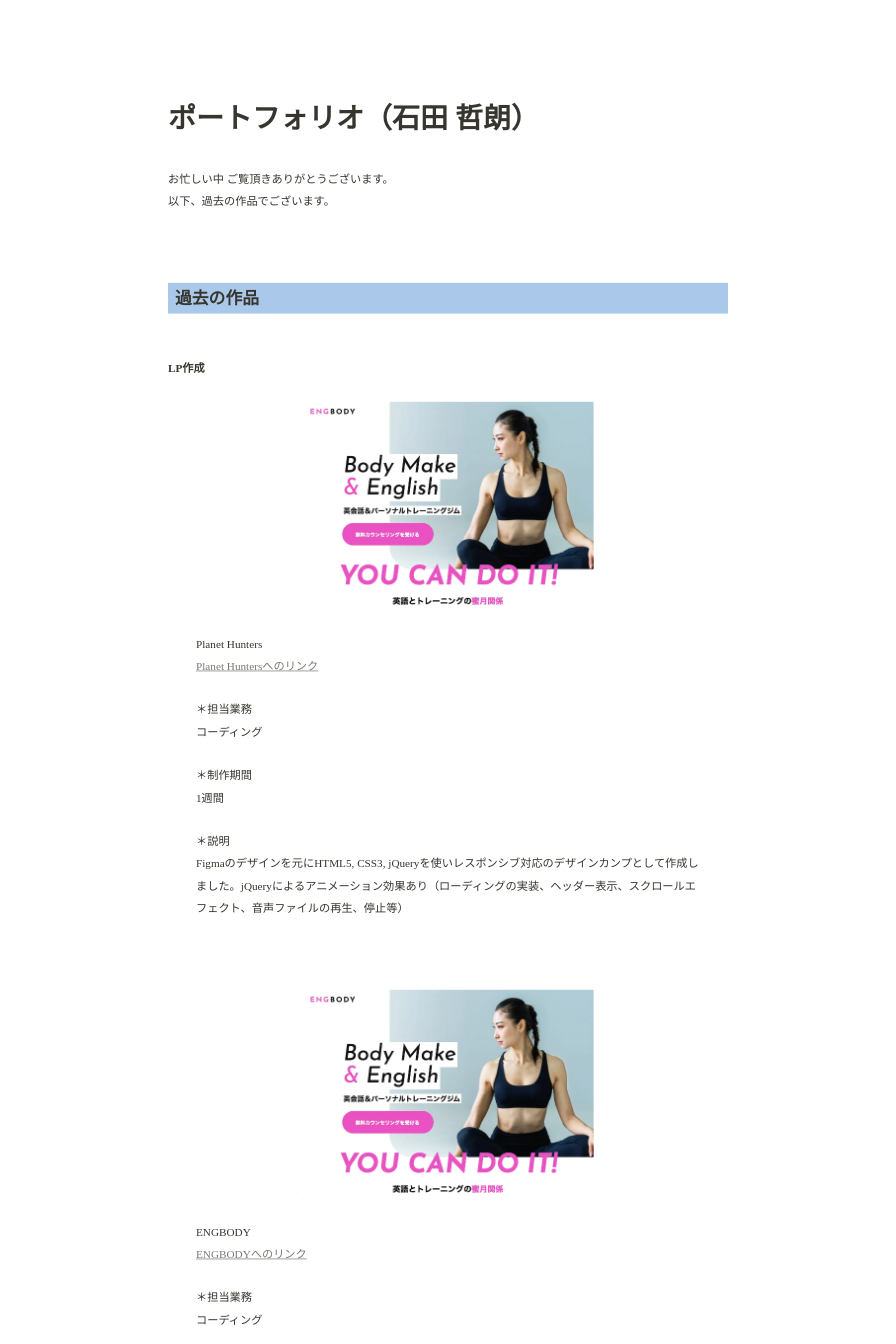
Repository: tetishi/my-portfolio
Page: index.html
These files come from the project's save history. The page is drawn as it stood at one moment and after the next save; the edit follows.
The browser window is 1280 px wide. The pictures show the part of the page from y = 0 to 1920 px (the page is 7357 px tall), at 70% of full size.
The style sheet was rebuilt from its Sass, Less or Tailwind sources for each picture, by a compiler version that may differ from the author's.

Above is the page before, as saved 2023-09-01 13:48:45.

### index.html
<!DOCTYPE html>
<html lang="ja">

<head>
    <meta name="robots" content="noindex">
    <meta charset="UTF-8">
    <meta name="viewport" content="width=device-width, initial-scale=1.0">
    <meta http-equiv="X-UA-Compatible" content="ie=edge">
    <meta property="og:title" content="石田哲朗のポートフォリオ" />
    <meta property="og:type" content="website" />
    <meta property="og:url" content="#" />
    <meta property="og:image" content="#" />
    <meta property="og:site_name" content="ポートフォリオ" />
    <meta property="og:description" content="石田哲朗のポートフォリオです。過去の作品、スキル、使用ツール、自己紹介を掲載しております。" />
    <title>石田哲朗のポートフォリオ</title>
    <link rel="stylesheet" href="reset.css">
    <link rel="stylesheet" href="style.css">
    <link rel="icon" href="img/favicon.ico">
</head>

<body>
    <header>

    </header>

    <main>

        <section>
            <!-- ここ記入 -->
            <h1>ポートフォリオ<br class="d-none">（石田 哲朗）</h1>
            <p>お忙しい中 ご覧頂きありがとうございます。</p>
            <p>以下、過去の作品でございます。</p>
            <!-- ここ記入 -->
            <!-- <p>ベーシック認証がかかっているものは<br>ID aaa<br>パスワード aaa<br> です。</p> -->
        </section>
        <section>

            <h2>過去の作品</h2>
            <h3 class="sub-tit">LP作成</h3>

            <!-- １作品目 -->
            <div class="work">
                <!-- サイトのイメージ写真を入れます -->
                <picture>
                    <source srcset="img/engbody.webp" type="image/webp">
                    <img src="img/planet-hunters.jpg">
                </picture>
                <!-- ここ記入 -->
                <p class="work_tit">Planet Hunters</p>
                <!-- ここ記入 -->
                <p class="work_link"><a target="_blank" rel="noopener noreferrer" href="https://tetishi.github.io/planet-hunters/">Planet Huntersへのリンク</a></p>
                <p class="details">＊担当業務</p>
                <p>コーディング</p>
                <p class="details">＊制作期間</p>
                <!-- ここ記入 -->
                <p>1週間</p>
                <p class="details">＊説明</p>
                <!-- ここ記入 -->
                <p>Figmaのデザインを元にHTML5, CSS3, jQueryを使いレスポンシブ対応のデザインカンプとして作成しました。jQueryによるアニメーション効果あり（ローディングの実装、ヘッダー表示、スクロールエフェクト、音声ファイルの再生、停止等）</p>
            </div>

            <!-- 2作品目 -->
            <div class="work">
                <!-- サイトのイメージ写真を入れます -->
                <picture>
                    <source srcset="img/engbody.webp" type="image/webp">
                    <img src="img/engbody.png">
                </picture>
                <!-- ここ記入 -->
                <p class="work_tit">ENGBODY</p>
                <!-- ここ記入 -->
                <p class="work_link"><a target="_blank" rel="noopener noreferrer" href="https://tetishi.github.io/engbody/">ENGBODYへのリンク</a></p>
                <p class="details">＊担当業務</p>
                <p>コーディング</p>
                <p class="details">＊制作期間</p>
                <!-- ここ記入 -->
                <p>2週間</p>
                <p class="details">＊説明</p>
                <!-- ここ記入 -->
                <p>XDのデザインを元にHTML5, CSS3, jQueryを使いレスポンシブ対応のデザインカンプとして作成しました。jQueryによるアニメーション効果あり（ヘッダー表示、背景色のアニメーション、スクロールエフェクト、タブ、スライダー、アコーディオン、ページ内横スクロール等）モバイルファーストによるコーディングを実施しました。</p>
            </div>

            <!-- 　3作品目 -->
            <div class="work">
                <!-- サイトのイメージ写真を入れます -->
                <picture>
                    <source srcset="img/cresta-design.webp" type="image/webp">
                    <img src="img/cresta-design.png">
                </picture>
                <!-- ここ記入 -->
                <p class="work_tit">Cresta Design</p>
                <!-- ここ記入 -->
                <p class="work_link"><a target="_blank" rel="noopener noreferrer" href="https://tetishi.github.io/cresta-design/">Cresta Designへのリンク</a></p>
                <p class="details">＊担当業務</p>
                <p>コーディング</p>
                <p class="details">＊制作期間</p>
                <!-- ここ記入 -->
                <p>2週間</p>
                <p class="details">＊説明</p>
                <!-- ここ記入 -->
                <p>XDのデザインを元にHTML5, CSS3, jQueryを使いレスポンシブ対応のデザインカンプとして作成しました。jQueryによるアニメーション効果あり（ハンバーガーメニュー、ページ内スクロールボタン）</p>
            </div>

            <!-- 　4作品目 -->
            <div class="work">
                <!-- サイトのイメージ写真を入れます -->
                <picture>
                    <source srcset="img/wdc.webp" type="image/webp">
                    <img src="img/wdc.png">
                </picture>
                <!-- ここ記入 -->
                <p class="work_tit">WDC</p>
                <!-- ここ記入 -->
                <p class="work_link"><a target="_blank" rel="noopener noreferrer" href="https://tetishi.github.io/wdc/">WDCへのリンク</a></p>
                <p class="details">＊担当業務</p>
                <p>コーディング</p>
                <p class="details">＊制作期間</p>
                <!-- ここ記入 -->
                <p>2週間</p>
                <p class="details">＊説明</p>
                <!-- ここ記入 -->
                <p>XDのデザインを元にHTML5, CSS3, jQueryを使いレスポンシブ対応のデザインカンプとして作成しました。jQueryによるアニメーション効果あり（ページ内スクロールボタン、トップに戻るボタン）</p>
            </div>

            <!-- 　5作品目 -->
            <div class="work">
                <!-- サイトのイメージ写真を入れます -->
                <picture>
                    <source srcset="img/start.webp" type="image/webp">
                    <img src="img/start.png">
                </picture>
                <!-- ここ記入 -->
                <p class="work_tit">START</p>
                <!-- ここ記入 -->
                <p class="work_link"><a target="_blank" rel="noopener noreferrer" href="https://tetishi.github.io/">STARTへのリンク</a></p>
                <p class="details">＊担当業務</p>
                <p>コーディング</p>
                <p class="details">＊制作期間</p>
                <!-- ここ記入 -->
                <p>1週間</p>
                <p class="details">＊説明</p>
                <!-- ここ記入 -->
                <p>XDのデザインを元にHTML5, CSS3, jQueryを使いレスポンシブ対応のデザインカンプとして作成しました。jQueryによるアニメーション効果あり（ハンバーガーメニュー）</p>
            </div>

            <!-- 　6作品目 -->
            <div class="work">
                <!-- サイトのイメージ写真を入れます -->
                <picture>
                    <source srcset="img/munchkin.webp" type="image/webp">
                    <img src="img/munchkin.png">
                </picture>
                <!-- ここ記入 -->
                <p class="work_tit">MUNCHKIN</p>
                <!-- ここ記入 -->
                <p class="work_link"><a target="_blank" rel="noopener noreferrer" href="https://tetishi.github.io/munchkin2/">MUNCHKINへのリンク</a></p>
                <p class="details">＊担当業務</p>
                <p>コーディング</p>
                <p class="details">＊制作期間</p>
                <!-- ここ記入 -->
                <p>1週間</p>
                <p class="details">＊説明</p>
                <!-- ここ記入 -->
                <p>XDのデザインを元にHTML5, CSS3, jQueryを使いレスポンシブ対応のデザインカンプとして作成しました。jQueryによるアニメーション効果あり（ハンバーガーメニュー、スクロールボタン）</p>
            </div>


            <!-- <h3 class="sub-tit">コーポレイトサイト作成</h3> -->
            <!-- <div class="work"> -->
                <!-- サイトのイメージ写真を入れます -->
                <!-- <picture>
                    <source srcset="img/#" type="image/webp">
                    <img src="img/#">
                </picture> -->
                <!-- ここ記入 -->
                <!-- <p class="work_tit">ここに作品のタイトルを入れます</p> -->
                <!-- ここ記入 -->
                <!-- <p class="work_link"><a target="_blank" rel="noopener noreferrer" href="#">ここにリンクを入れます</a></p>
                <p class="details">＊担当業務</p>
                <p>コーディング</p>
                <p class="details">＊制作期間</p> -->
                <!-- ここ記入 -->
                <!-- <p>○週間</p>
                <p class="details">＊説明</p> -->
                <!-- ここ記入 -->
                <!-- <p>ここに説明文を入れます</p>
            </div> -->


        </section>
        <section>
            <h2>スキル</h2>
            <h3 class="info-tit">使用言語</h3>
            <p>HTML / CSS / Sass / Javascript / SEO </p>
            <h3 class="info-tit">フレイムワーク</h3>
            <p>jQuery / WordPress</p>
        </section>
        <section>
            <h2>使用ツール</h2>
            <h3 class="info-tit">エディター</h3>
            <p>Visual Studio Code</p>
            <h3 class="info-tit">テストサーバー</h3>
            <p>エックスフリー</p>
            <h3 class="info-tit">バージョン管理ツール</h3>
            <p>GitHub</p>
            <h3 class="info-tit">連絡ツール</h3>
            <p>slack / Chatwork</p>
        </section>
        <section>
            <h2>私について</h2>
            <!-- 自分の写真を入れます -->
            <img class="people" src="img/myself.jpeg">
            <h3 class="info-tit">名前</h3>
            <!-- ここ記入 -->
            <p>石田 哲朗</p>
            <h3 class="info-tit">生年月日</h3>
            <!-- ここ記入 -->
            <p>1992年11月12日</p>
            <h3 class="info-tit">出身</h3>
            <!-- ここ記入 -->
            <p>奈良県</p>
            <h3 class="info-tit">経歴</h3>
            <!-- ここ記入 -->
            <ul class="carrier-list">
                <li class="carrier-item">
                    <p class="carrier-year">2015</p>
                    <p class="carrier-content">大阪の大学を経済学部で卒業</p>
                </li>
                <li class="carrier-item">
                    <p class="carrier-year">2015 - 2017</p>
                    <p class="carrier-content">アメリカ、ロサンゼルスの語学学校で英語を学ぶ</p>
                </li>
                <li class="carrier-item">
                    <p class="carrier-year">2017 - 2019</p>
                    <p class="carrier-content">カリフォルニア州オークランドにあるLaney Collegeにてコンピュータプログラミング専攻し卒業</p>
                </li>
                <li class="carrier-item">
                    <p class="carrier-year">2019</p>
                    <p class="carrier-content">フリーランスのWebエンジニアとして活動</p>
                </li>
                <li class="carrier-item">
                    <p class="carrier-year">2019 - 2020</p>
                    <p class="carrier-content">プログラミングスクールにてRuby on Ralisなどを学び実際に業務としてWeb開発を実施</p>
                </li>
                <li class="carrier-item">
                    <p class="carrier-year">2021 ~ 2023</p>
                    <p class="carrier-content">ネットワークエンジニアとして勤務</p>
                </li>
                <li class="carrier-item">
                    <p class="carrier-year">2022 ~ 現在</p>
                    <p class="carrier-content">フリーランスのWebエンジニアとして活動中</p>
                </li>
            </ul>
        </section>



    </main>

    <footer>

    </footer>

</body>

</html>

### reset.css
/*
html5doctor.com Reset Stylesheet
v1.6.1
Last Updated: 2010-09-17
Author: Richard Clark - http://richclarkdesign.com
Twitter: @rich_clark
*/

html,
body,
div,
span,
object,
iframe,
h1,
h2,
h3,
h4,
h5,
h6,
p,
blockquote,
pre,
abbr,
address,
cite,
code,
del,
dfn,
em,
img,
ins,
kbd,
q,
samp,
small,
strong,
sub,
sup,
var,
b,
i,
dl,
dt,
dd,
ol,
ul,
li,
fieldset,
form,
label,
legend,
table,
caption,
tbody,
tfoot,
thead,
tr,
th,
td,
article,
aside,
canvas,
details,
figcaption,
figure,
footer,
header,
hgroup,
menu,
nav,
section,
summary,
time,
mark,
audio,
video {
    margin: 0;
    padding: 0;
    border: 0;
    outline: 0;
    font-size: 100%;
    vertical-align: baseline;
    background: transparent;
}

body {
    line-height: 1;
}

article,
aside,
details,
figcaption,
figure,
footer,
header,
hgroup,
menu,
nav,
section {
    display: block;
}

nav ul {
    list-style: none;
}

blockquote,
q {
    quotes: none;
}

blockquote:before,
blockquote:after,
q:before,
q:after {
    content: '';
    content: none;
}

a {
    margin: 0;
    padding: 0;
    font-size: 100%;
    vertical-align: baseline;
    background: transparent;
}


/* change colours to suit your needs */

ins {
    background-color: #ff9;
    color: #000;
    text-decoration: none;
}


/* change colours to suit your needs */

mark {
    background-color: #ff9;
    color: #000;
    font-style: italic;
    font-weight: bold;
}

del {
    text-decoration: line-through;
}

abbr[title],
dfn[title] {
    border-bottom: 1px dotted;
    cursor: help;
}

table {
    border-collapse: collapse;
    border-spacing: 0;
}


/* change border colour to suit your needs */

hr {
    display: block;
    height: 1px;
    border: 0;
    border-top: 1px solid #cccccc;
    margin: 1em 0;
    padding: 0;
}

input,
select {
    vertical-align: middle;
}


/*end reset css*/

### style.scss
$main-color: #AAC8E9;
img {
    width: 100%;
}

h1,
h2,
h3,
p {
    color: #37352F;
}

a {
    color: #7A7975;
}

h1 {
    font-size: 2.5rem;
    margin-bottom: 50px;
}

h2 {
    background-color: $main-color;
    font-size: 1.5rem;
    padding: 10px;
    margin-top: 100px;
}

p {
    line-height: 2;
}

.d-flex {
    display: flex;
}

.d-none {
    display: none;
}

.d-block {
    display: block;
}

header {
    height: 50px;
    width: 100%;
    position: fixed;
    top: 0;
    background-color: #ffffff;
    margin-bottom: 50px;
    display: flex;
    align-items: center;
    .logo {
        width: 150px;
    }
}

.header-inner {
    width: 90%;
    margin: 0 auto;
}

main {
    max-width: 800px;
    width: 80%;
    margin: 150px auto;
}

.sub-tit {
    margin-top: 70px;
    margin-bottom: -60px;
}

.info-tit {
    margin: 30px 0 10px 0;
}

.work {
    width: 90%;
    margin: 0 auto;
    margin-top: 100px;
    img {
        max-height: 300px;
        object-fit: contain;
        margin: 0 auto;
        margin-bottom: 30px;
        display: block;
    }
    .d-flex img {
        max-width: 450px;
        width: 70%;
    }
}

.details {
    margin-top: 30px;
}

.people {
    height: 200px;
    width: 20%;
    object-fit: cover;
    margin-top: 50px;
}

.carrier-item {
    display: flex;
    .carrier-year {
        white-space: nowrap;
        width: 20%;
    }
    .carrier-content {
        width: 80%;
    }
}

@media all and (max-width:650px) {
    main {
        width: 90%;
        margin: 100px auto;
    }
    .d-flex {
        display: block;
    }
    .d-none {
        display: block;
    }
    .d-block {
        display: none !important;
    }
    h1 {
        font-size: 2rem;
    }
    .people {
        display: block;
        width: 50%;
        margin: 0 auto;
        margin-top: 30px;
    }
    .carrier-item {
        display: block;
        padding: 10px 0;
        &:first-of-type {
            padding: 0 0 10px;
        }
        .carrier-year {
            width: 100%;
        }
        .carrier-content {
            width: 100%;
        }
    }
}

After the next save:
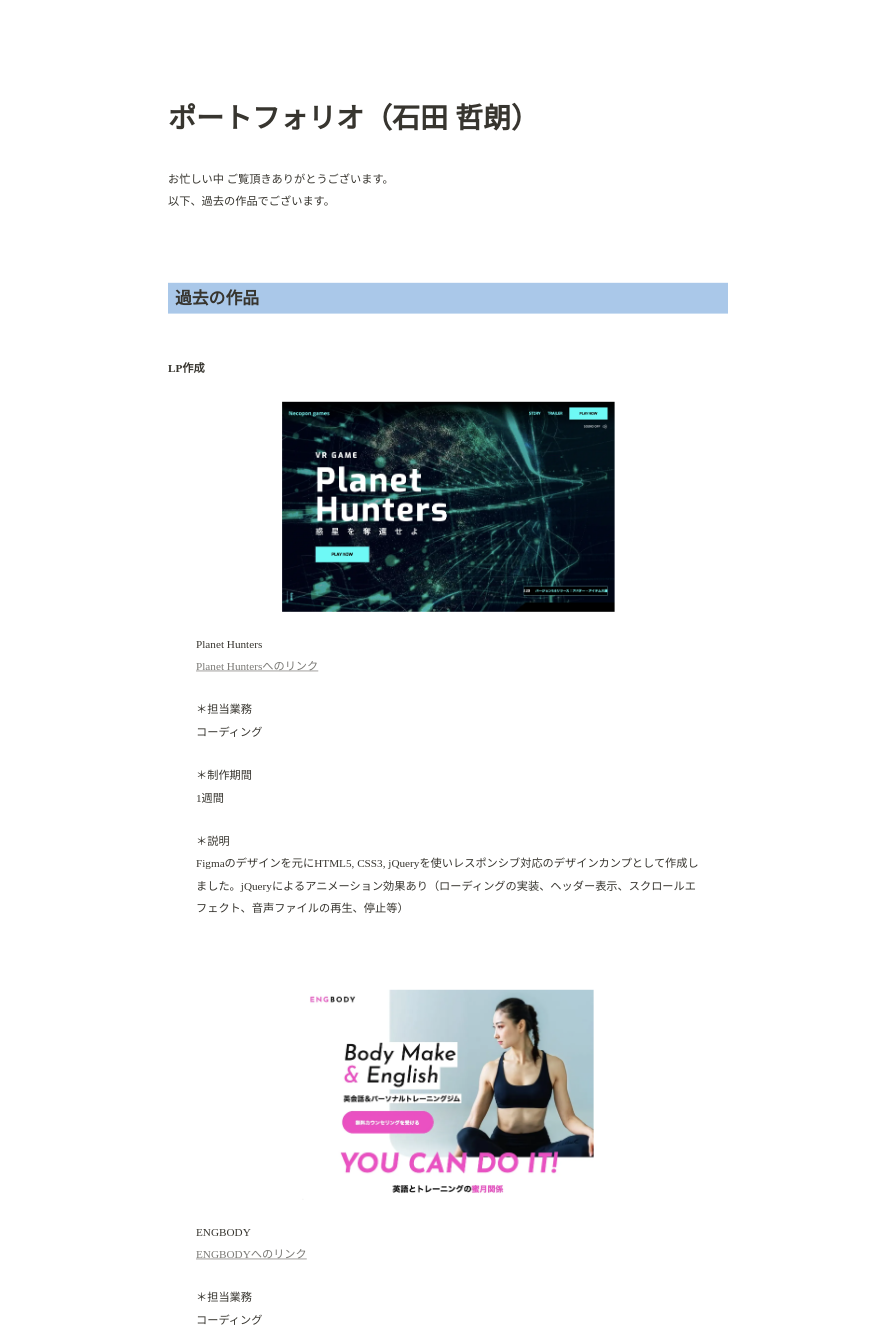
Saved 6 s later.
--- a/index.html
+++ b/index.html
@@ -42,7 +42,7 @@
             <div class="work">
                 <!-- サイトのイメージ写真を入れます -->
                 <picture>
-                    <source srcset="img/engbody.webp" type="image/webp">
+                    <source srcset="img/planet-hunters.webp" type="image/webp">
                     <img src="img/planet-hunters.jpg">
                 </picture>
                 <!-- ここ記入 -->
